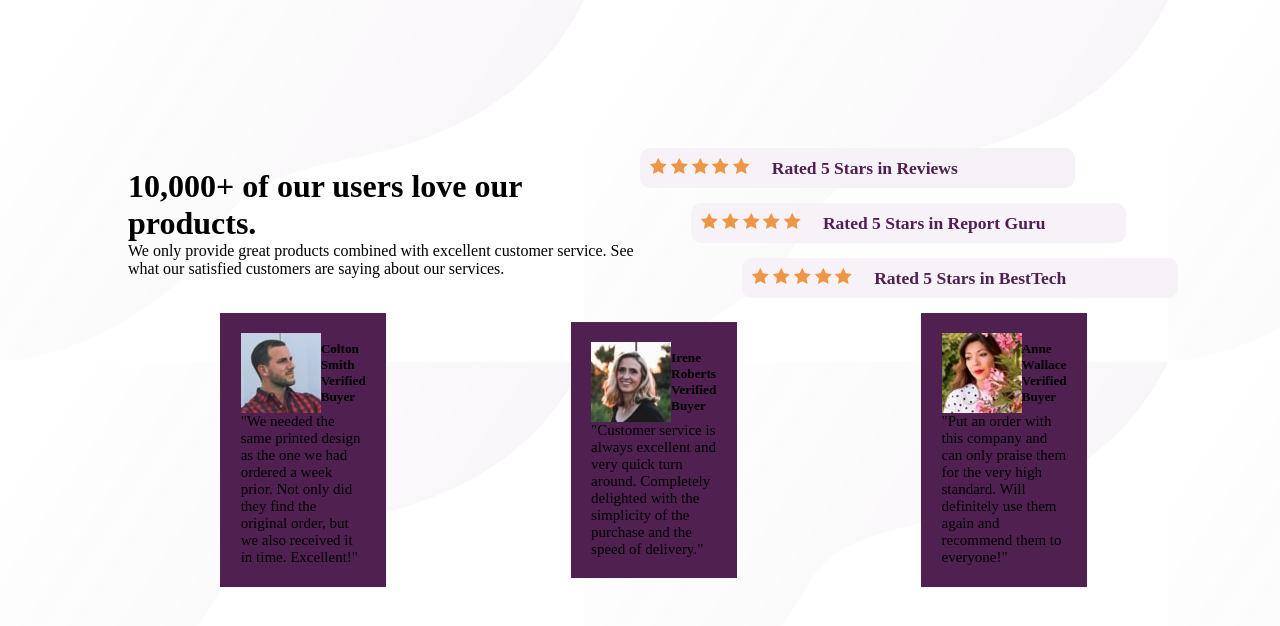
Repository: superZXMzzl/FrontendMentor
Page: social-proof-section-master/index.html
An editor plug-in stored every save of this project. The page is shown before and after the next save, followed by the edit.
The browser window is 1280 px wide. The pictures show the whole page.

Above is the page before, as saved 2022-05-10 11:23:59.

After the next save:
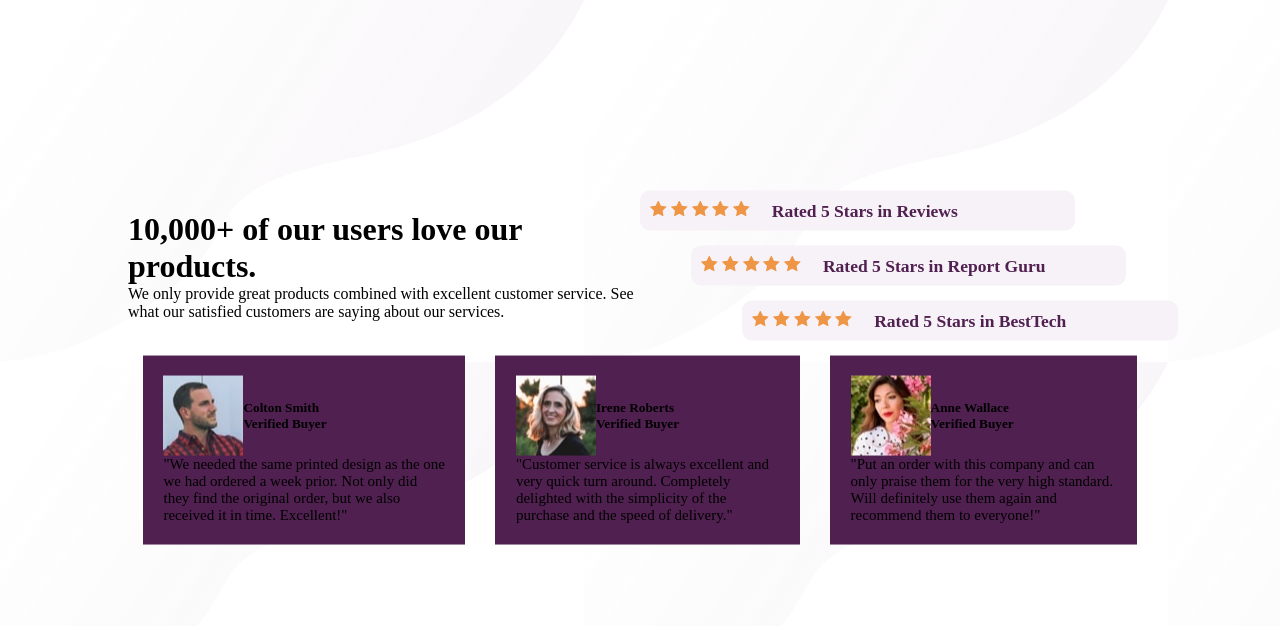
Saved 11 s later.
--- a/social-proof-section-master/style.css
+++ b/social-proof-section-master/style.css
@@ -56,7 +56,7 @@ body {
 }
 
 .card1, .card2, .card3 {
-    margin: 0 9%;
+    margin: 0 15px;
     background-color: hsl(300, 43%, 22%);
     padding: 2%;
 }
